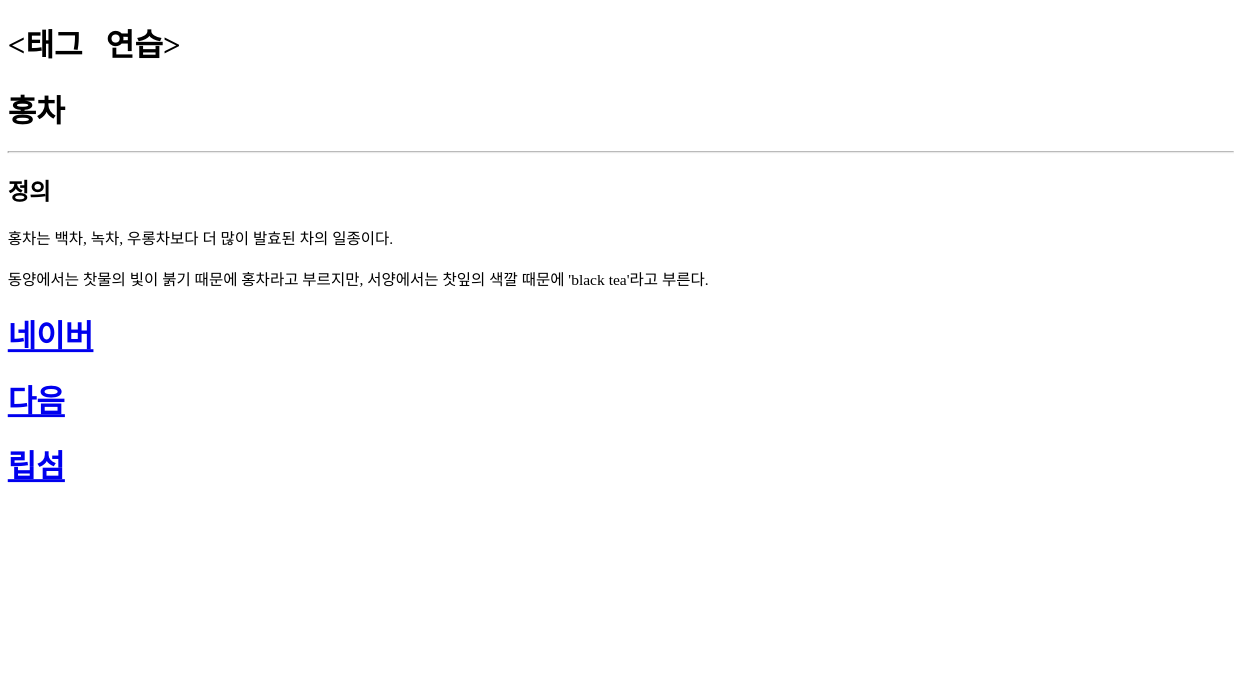
Repository: blinggg/html_git
Page: 0406/ex0406/WebContent/ex03.html
The author's editor kept a copy of each file at every save. The page is drawn from the files as they stood at one save, then again after the next save.
The browser window is 1280 px wide. The pictures show the whole page, at 97% of full size.

Above is the page before, as saved 2020-04-06 02:01:45.

### 0406/ex0406/WebContent/ex03.html
<!DOCTYPE html>
<html>
<head>
<meta charset="UTF-8">
<title>연습3</title>
</head>
<body>
	<h1>&lt;태그&nbsp;&nbsp;&nbsp;연습&gt;</h1>
	<h1>홍차</h1>
	<hr/>
	<h2>정의</h2>
	<p>
		홍차는 백차, 녹차, 우롱차보다 더 많이 발효된 차의 일종이다.<br><br>
		동양에서는 찻물의 빛이 붉기 때문에 홍차라고 부르지만, 서양에서는 찻잎의 색깔 때문에 'black tea'라고 부른다.
	</p>
	<h1><a href="http://naver.com">네이버</a></h1>
	<h1><a href="http://daum.net">다음</a></h1>
	<h1><a href="http://lipsum.com">립섬</a></h1>


</body>
</html>

After the next save:
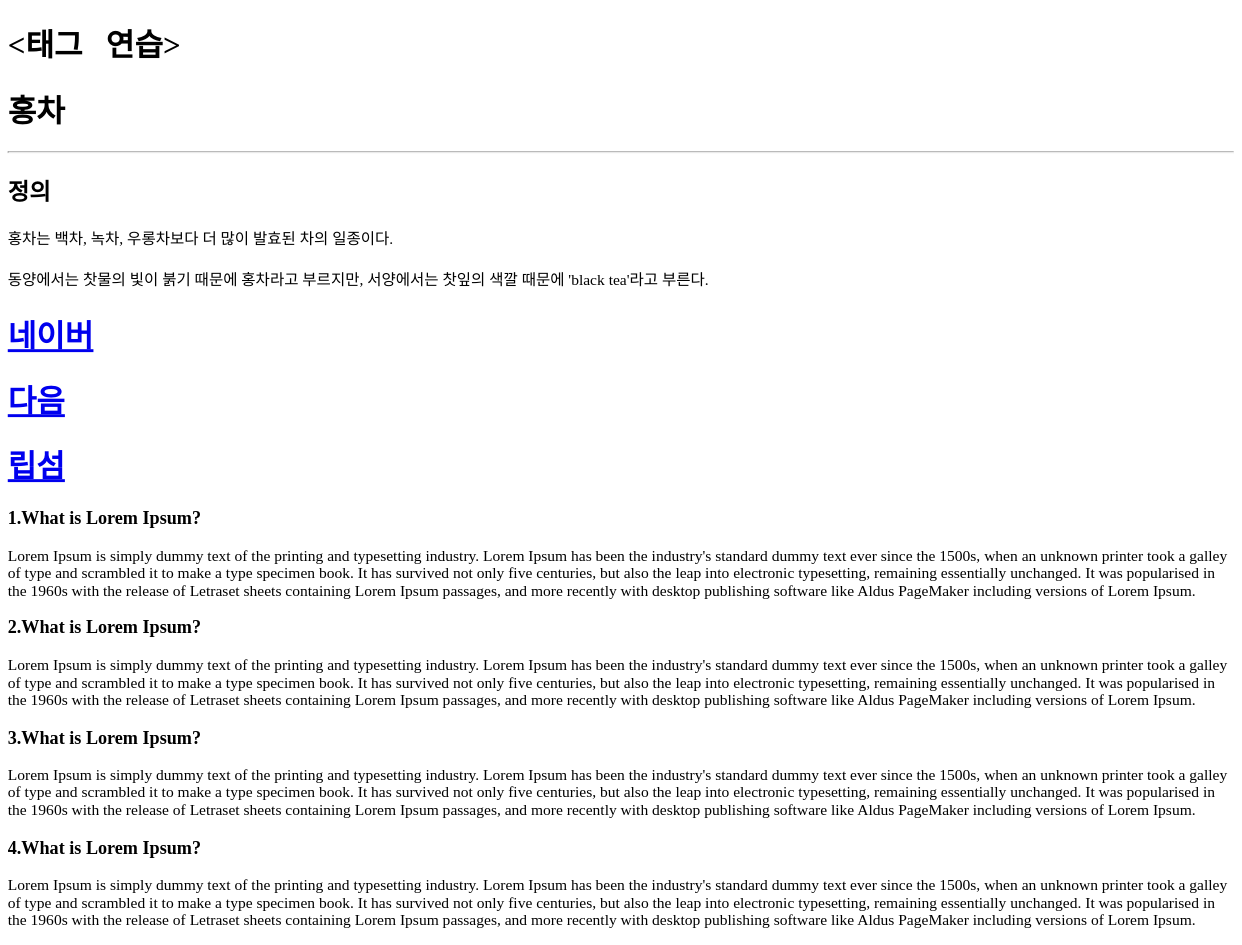
Saved 6 min 4 s later.
--- a/0406/ex0406/WebContent/ex03.html
+++ b/0406/ex0406/WebContent/ex03.html
@@ -17,6 +17,49 @@
 	<h1><a href="http://daum.net">다음</a></h1>
 	<h1><a href="http://lipsum.com">립섬</a></h1>
 
+		<h3>1.What is Lorem Ipsum?</h3>
+	<p>
+	Lorem Ipsum is simply dummy text of the printing and typesetting industry.
+	Lorem Ipsum has been the industry's standard dummy text ever since the 1500s,
+	when an unknown printer took a galley of type and scrambled it to make a type specimen book.
+	It has survived not only five centuries, but also the leap into electronic typesetting,
+	remaining essentially unchanged.
+	It was popularised in the 1960s with the release of Letraset sheets containing Lorem Ipsum passages,
+	and more recently with desktop publishing software like Aldus PageMaker including versions of Lorem Ipsum.
 
+	</p>
+		<h3>2.What is Lorem Ipsum?</h3>
+	<p>
+	Lorem Ipsum is simply dummy text of the printing and typesetting industry.
+	Lorem Ipsum has been the industry's standard dummy text ever since the 1500s,
+	when an unknown printer took a galley of type and scrambled it to make a type specimen book.
+	It has survived not only five centuries, but also the leap into electronic typesetting,
+	remaining essentially unchanged.
+	It was popularised in the 1960s with the release of Letraset sheets containing Lorem Ipsum passages,
+	and more recently with desktop publishing software like Aldus PageMaker including versions of Lorem Ipsum.
+
+	</p>
+		<h3>3.What is Lorem Ipsum?</h3>
+	<p>
+	Lorem Ipsum is simply dummy text of the printing and typesetting industry.
+	Lorem Ipsum has been the industry's standard dummy text ever since the 1500s,
+	when an unknown printer took a galley of type and scrambled it to make a type specimen book.
+	It has survived not only five centuries, but also the leap into electronic typesetting,
+	remaining essentially unchanged.
+	It was popularised in the 1960s with the release of Letraset sheets containing Lorem Ipsum passages,
+	and more recently with desktop publishing software like Aldus PageMaker including versions of Lorem Ipsum.
+
+	</p>
+		<h3>4.What is Lorem Ipsum?</h3>
+	<p>
+	Lorem Ipsum is simply dummy text of the printing and typesetting industry.
+	Lorem Ipsum has been the industry's standard dummy text ever since the 1500s,
+	when an unknown printer took a galley of type and scrambled it to make a type specimen book.
+	It has survived not only five centuries, but also the leap into electronic typesetting,
+	remaining essentially unchanged.
+	It was popularised in the 1960s with the release of Letraset sheets containing Lorem Ipsum passages,
+	and more recently with desktop publishing software like Aldus PageMaker including versions of Lorem Ipsum.
+
+	</p>
 </body>
 </html>
